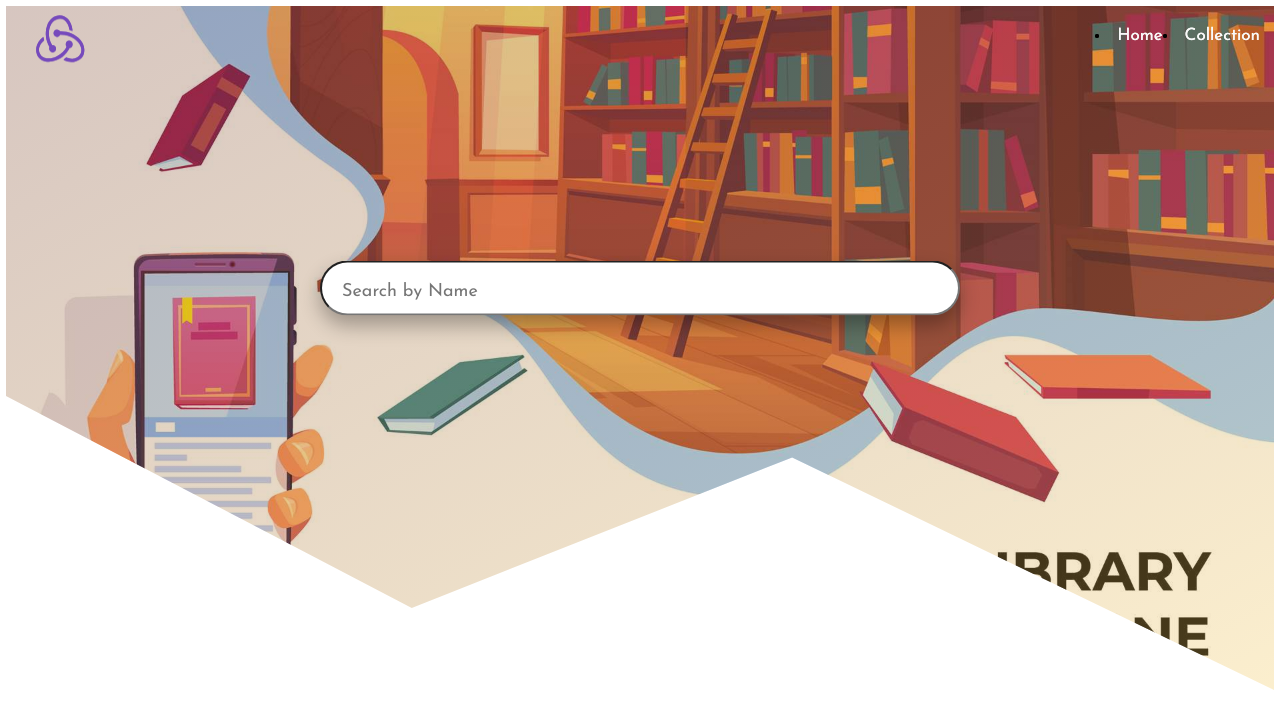
Repository: Kol124/react-book-library
Page: /
An editor plug-in stored every save of this project. The page is shown before and after the next save, followed by the edit.
The browser window is 1280 px wide. The pictures show the whole page.
The project was rebuilt for these pictures with package versions that can differ from the ones it lists, and the page was loaded fresh each time.

Above is the page before, as saved 2021-07-13 18:22:11.

After the next save:
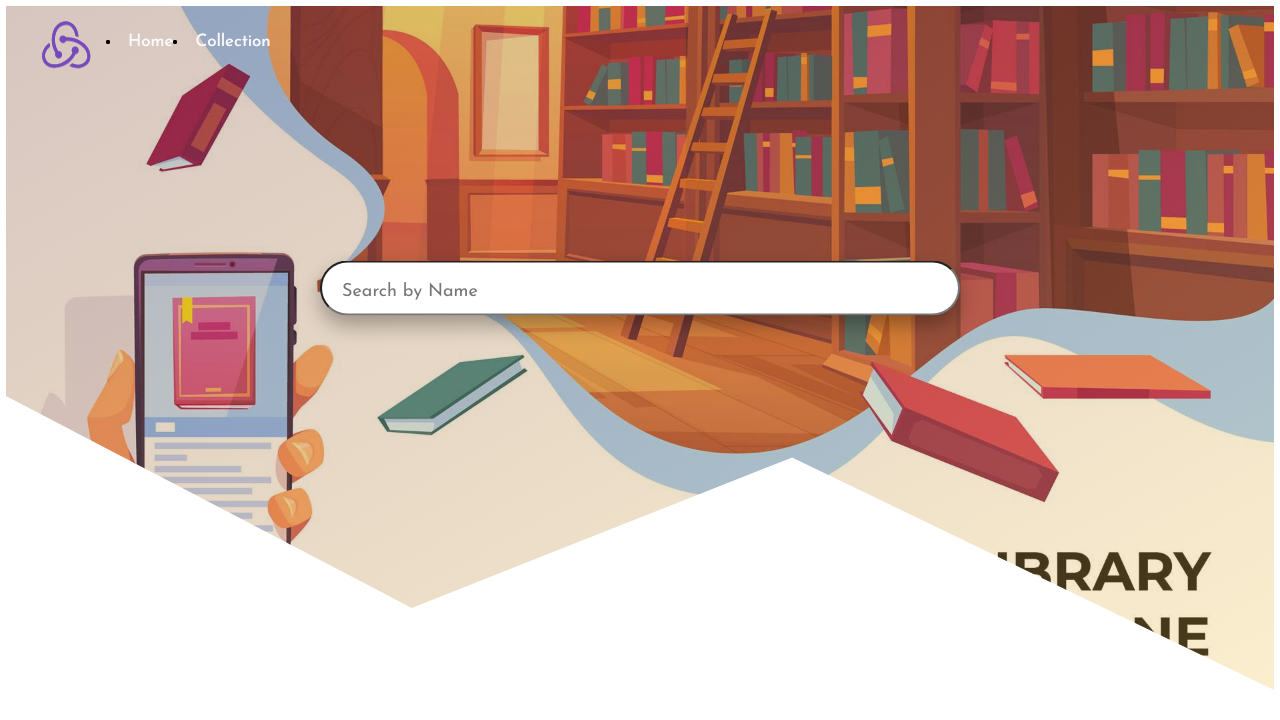
Saved 24 s later.
--- a/src/components/Nav.js
+++ b/src/components/Nav.js
@@ -24,17 +24,17 @@
 };
 
 const Navigation = styled.nav`
-  top: 0;
-  right: 0;
+  /* top: 0;
+  right: 0; */
   display: flex;
-  position: fixed;
+  position: absolute;
   font-size: 1.7rem;
   justify-content: space-between;
   align-items: center;
   padding: 0 2rem;
   height: 7rem;
-  z-index: 3;
-  left: 0;
+  /* z-index: 3;
+  left: 0; */
 `;
 
 const Logo = styled.a`

After the save that followed:
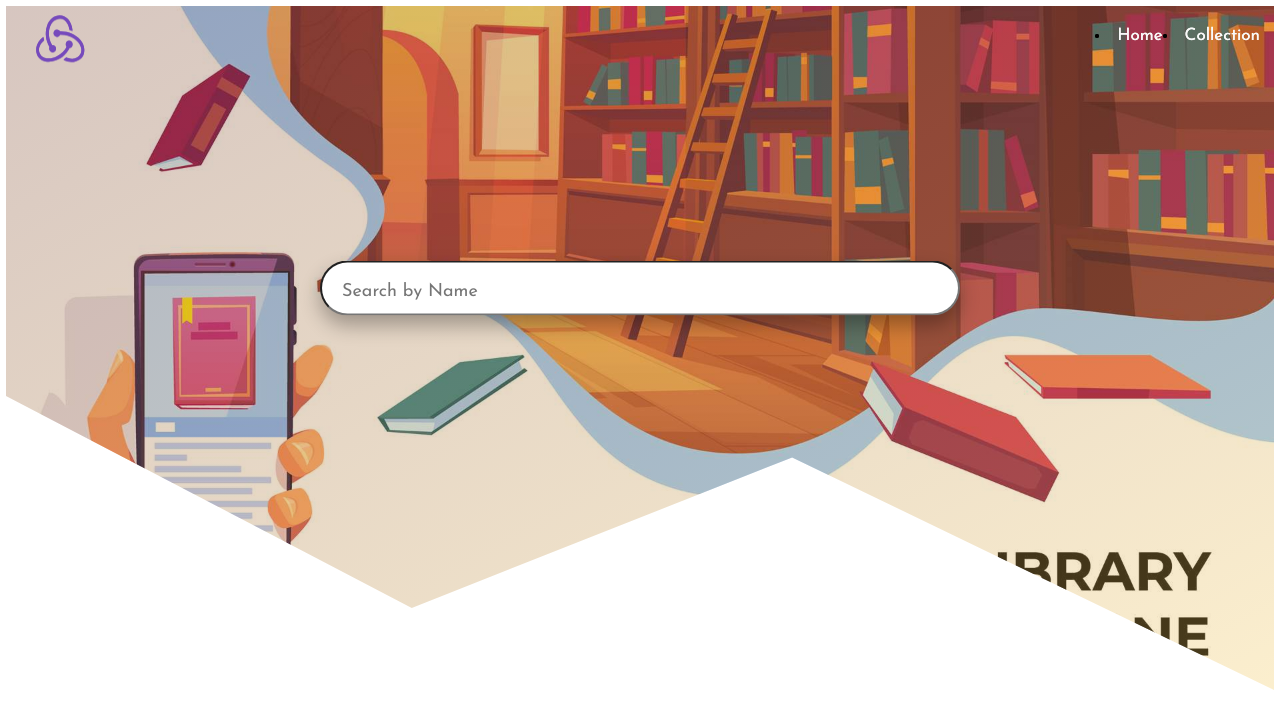
Saved 26 s later.
--- a/src/components/Nav.js
+++ b/src/components/Nav.js
@@ -24,8 +24,8 @@
 };
 
 const Navigation = styled.nav`
-  /* top: 0;
-  right: 0; */
+  top: 0;
+  right: 0;
   display: flex;
   position: absolute;
   font-size: 1.7rem;
@@ -33,8 +33,8 @@
   align-items: center;
   padding: 0 2rem;
   height: 7rem;
-  /* z-index: 3;
-  left: 0; */
+  z-index: 3;
+  left: 0;
 `;
 
 const Logo = styled.a`
